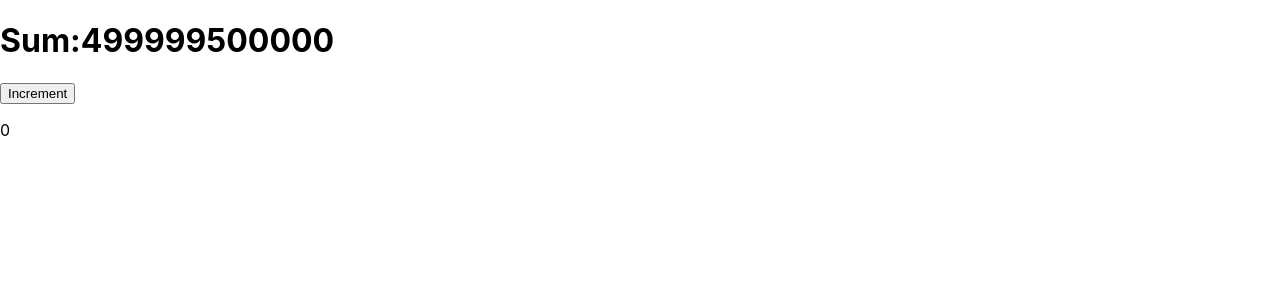
Repository: Aakash20bhatt/LearnReact
Page: /contact (app in performance/)
The author's editor kept a copy of each file at every save. The page is drawn from the files as they stood at one save, then again after a run of saves.
The browser window is 1280 px wide. The pictures show the whole page.
The project was rebuilt for these pictures with package versions that can differ from the ones it lists, and the page was loaded fresh each time. Also part of the build but not shown: performance/src/App.css.

Above is the page before, as saved 2024-09-14 20:43:11.

After the next 2 saves:
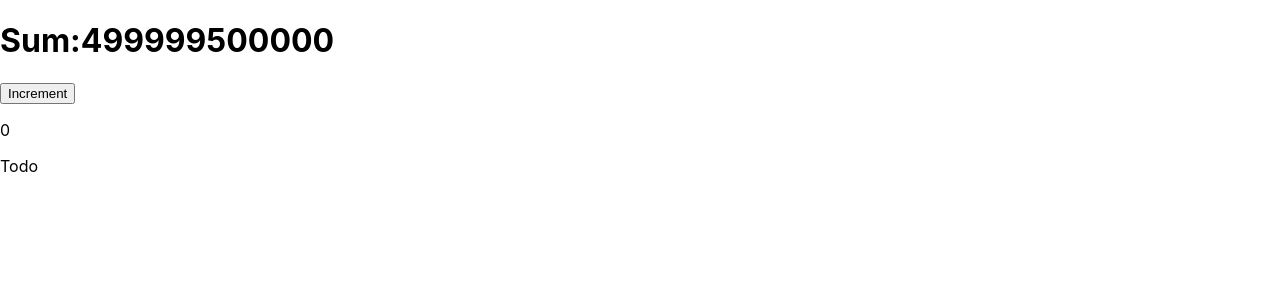
The 2 saves are shown as one change because 1 did not build or start.
The last was saved 46 s later.
--- a/performance/src/LazyApp.js
+++ b/performance/src/LazyApp.js
@@ -3,6 +3,7 @@
 // import { Suspense, lazy } from 'react';
 import './App.css';
 import LargeArraySum from './Components/LargeArraySum';
+import Todo from './Components/Todo';
 
 // const HomePage = lazy(()=>(import('./Components/HomePage')));
 // const ContactPage = lazy(()=>(import('./Components/ContactPage')))
@@ -21,7 +22,10 @@ function LazyApp(){
         //         </Routes>
         //     </Suspense>
         // </BrowserRouter>
-        <LargeArraySum/>
+        <>
+            <LargeArraySum/>
+            <Todo/>
+        </>
     )
 
 }
